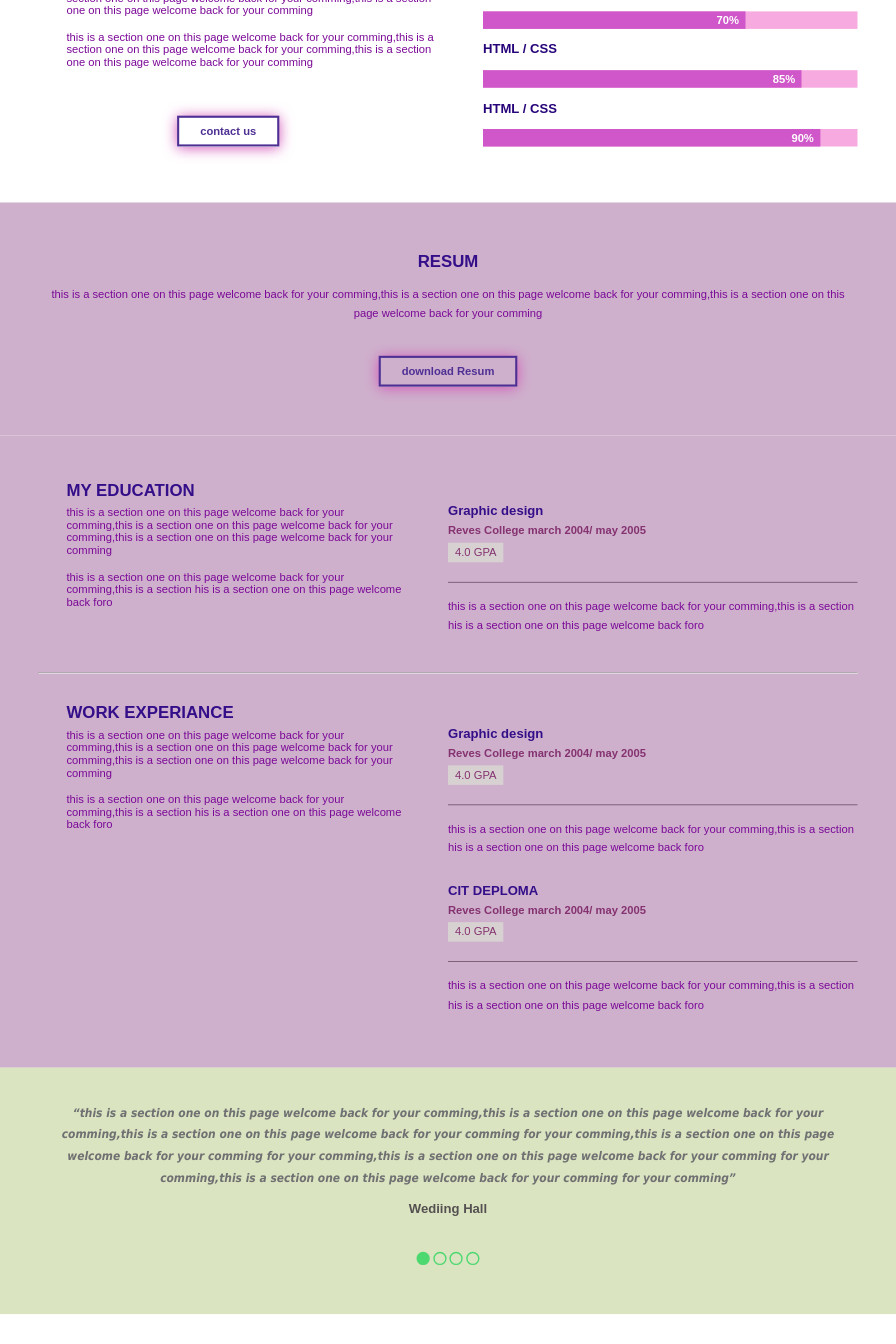
Repository: special4Party/Graduation-project-wedding-hall
Page: pages/index.html
These files come from the project's save history. The page is drawn as it stood at one moment and after the next save; the edit follows.
The browser window is 1280 px wide. The pictures show the part of the page from y = 1576 to 3496 px (the page is 5297 px tall), at 70% of full size.

Above is the page before, as saved 2022-04-02 16:45:46.

After the next save:
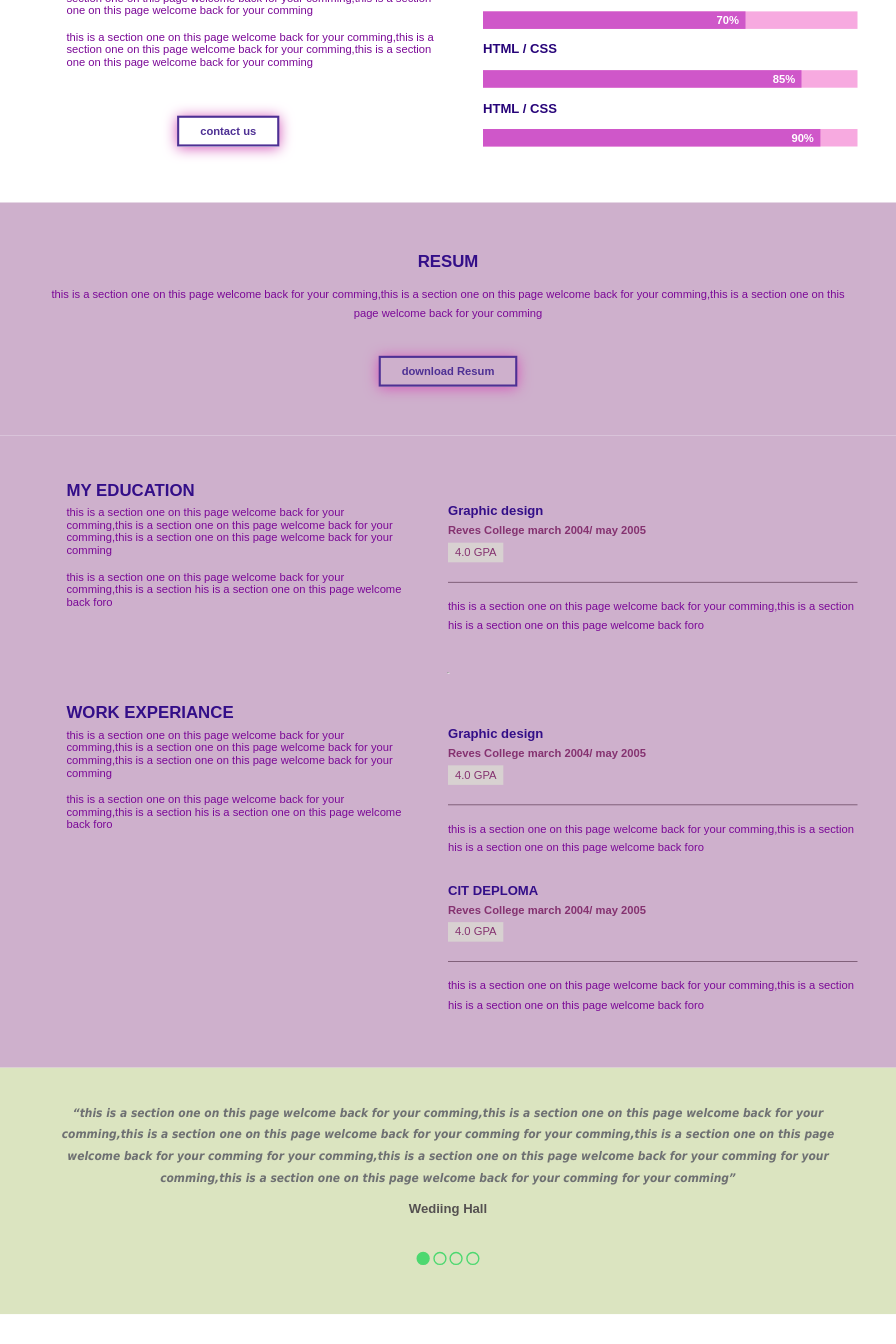
Saved 102 s later.
--- a/pages/index.html
+++ b/pages/index.html
@@ -201,7 +201,7 @@
 			</div>
 		</div>
 		<div class="clearfix"></div>
-		<hr style="color: rgb(78, 6, 60);">
+		<hr style="color: rgb(78, 6, 60); width: 1px;">
 		<div class="main">
 			<h2>work EXPERIANCE</h2>
 			<p>this is a section one on this page welcome back for your comming,this is a section one on this page welcome back for your comming,this is a section one on this page welcome back for your comming</p>
